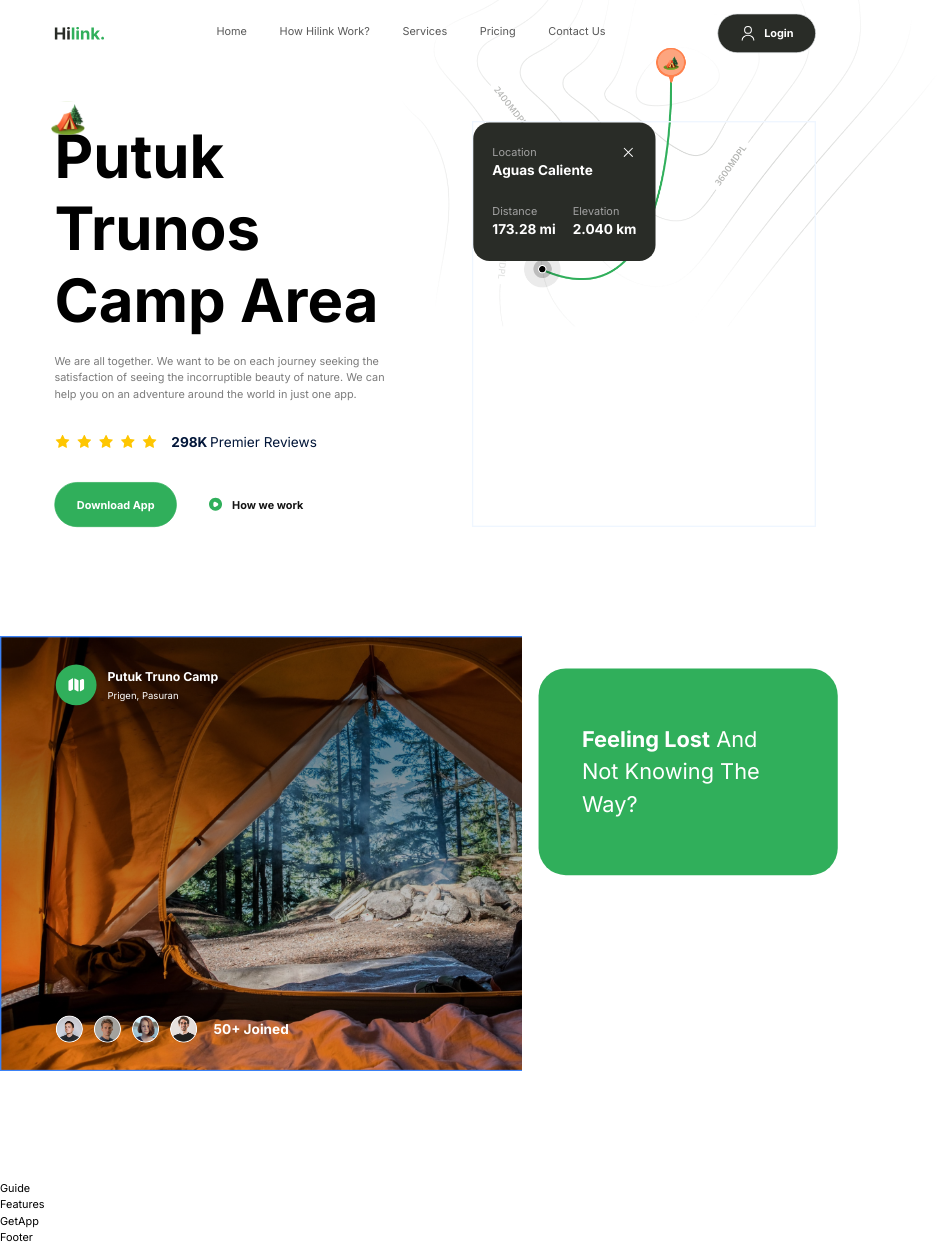
Repository: SouthpawC0der/Modern-reactsite
Page: /
An editor plug-in stored every save of this project. The page is shown before and after the next save, followed by the edit.
The browser window is 1280 px wide. The page is 1392 px wide, so the pictures cover 1392 px, including what lies to the right of the window. The pictures show the whole page, at 68% of full size.
The project was rebuilt for these pictures with package versions that can differ from the ones it lists, and the page was loaded fresh each time. The framework's server and built-in components were replaced by stand-ins that run in the browser. Also part of the build but not shown: next.config.ts.

Above is the page before, as saved 2025-02-06 13:03:30.

After the next save:
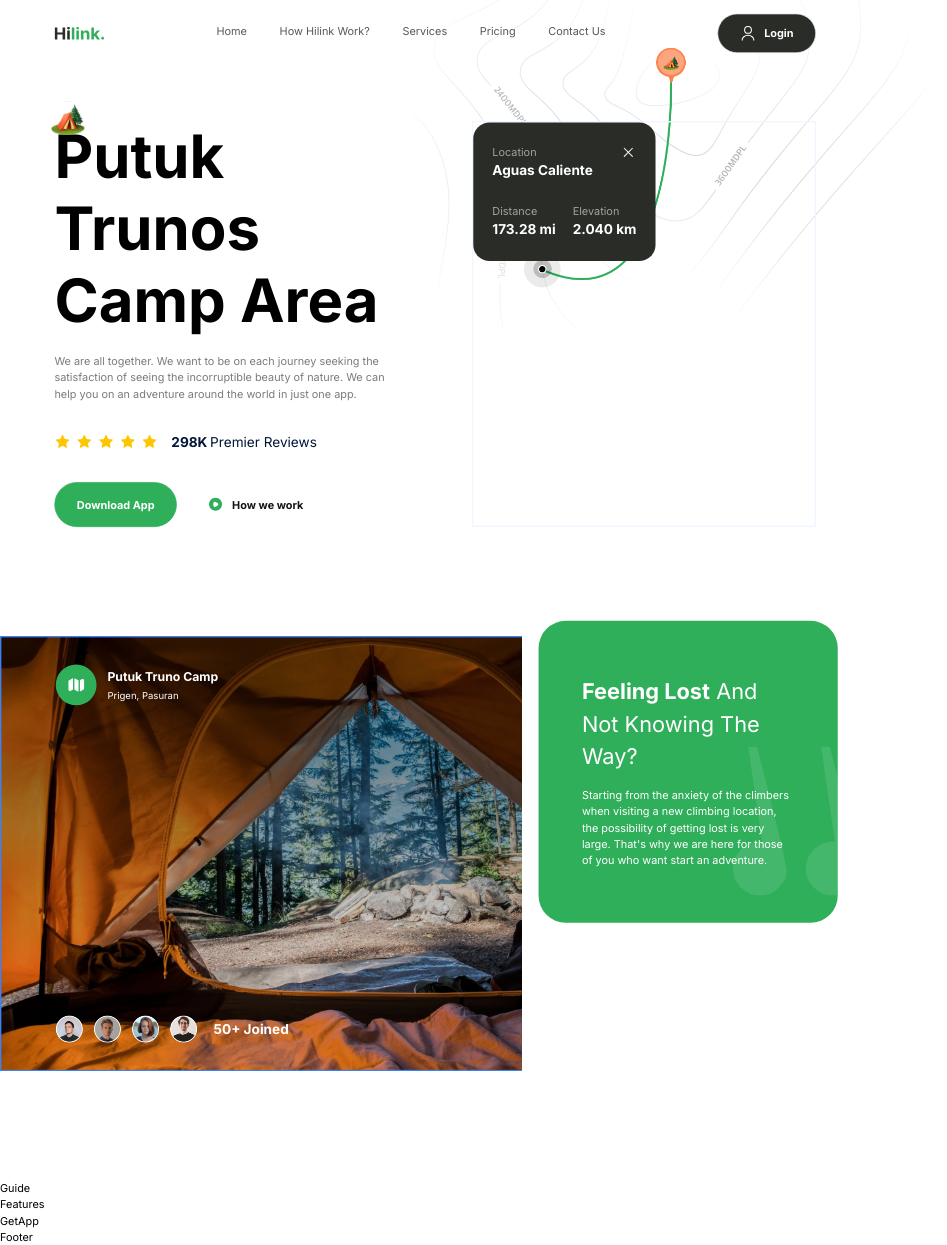
Saved 5 min 20 s later.
--- a/components/Camp.tsx
+++ b/components/Camp.tsx
@@ -76,6 +76,18 @@ const Camp = () => {
         <h2 className='regular-24 md:regular-32 2xl:regular-64 capitalize text-white'>
           <strong>Feeling Lost</strong> And Not Knowing The Way?
         </h2>
+        <p className='regular-14 xl:regular-16 mt-5 text-white'>
+          Starting from the anxiety of the climbers when visiting a new climbing location,
+          the possibility of getting lost is very large. That's why we are here for those of
+          you who want start an adventure.
+        </p>
+        <Image
+          src="/quote.svg"
+          alt="camp-2"
+          width={186}
+          height={219}
+          className='camp-quote'
+        />
        </div>
     </div>
   </section>
